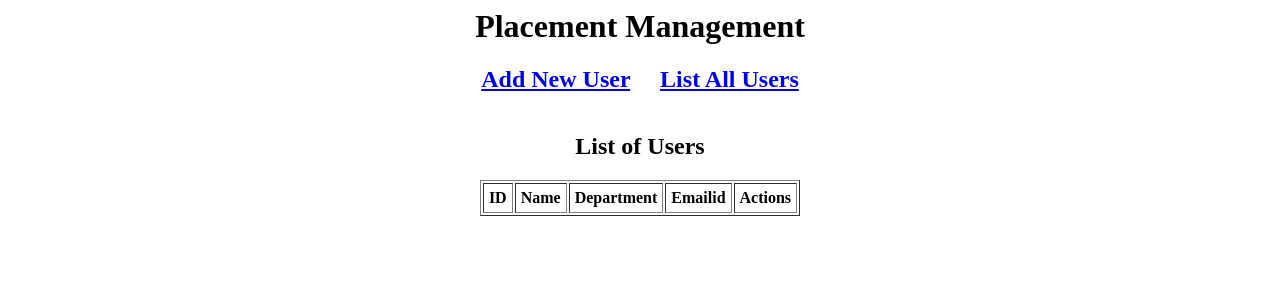
Repository: ashish086/javabascis
Page: http://localhost/placement/user-list.jsp
An editor plug-in stored every save of this project. The page is shown before and after the next save, followed by the edit.
The browser window is 1280 px wide. The pictures show the whole page.
The page is served by Tomcat 9. Other server files are loaded and not shown.

Above is the page before, as saved 2021-08-26 05:52:45.

### placement/WebContent/user-list.jsp

<%@ page language="java" contentType="text/html; charset=UTF-8"
    pageEncoding="UTF-8"%>
<%@ taglib uri="http://java.sun.com/jsp/jstl/core" prefix="c" %>
<html>
<head>
 <title>Placement Management Application</title>
</head>
<body>
 <center>
  <h1>Placement Management</h1>
        <h2>
         <a href="new">Add New User</a>
         &nbsp;&nbsp;&nbsp;
         <a href="list">List All Users</a>

        </h2>
 </center>
    <div align="center">
        <table border="1" cellpadding="5">
            <caption><h2>List of Users</h2></caption>
            <tr>
                <th>ID</th>
                <th>Name</th>
                <th>Department</th>
                <th>Emailid</th>
                <th>Actions</th>
            </tr>
            <c:forEach var="user" items="${listUser}">
                <tr>
                    <td><c:out value="${user.id}" /></td>
                    <td><c:out value="${user.name}" /></td>
                    <td><c:out value="${user.department}" /></td>
                    <td><c:out value="${user.emailid}" /></td>
                    <td>
                     <a href="edit?id=<c:out value='${user.id}' />">Edit</a>
                     &nbsp;&nbsp;&nbsp;&nbsp;
                     <a href="delete?id=<c:out value='${user.id}' />">Delete</a>
                    </td>
                </tr>
            </c:forEach>
        </table>
    </div>
</body>
</html>

After the next save:
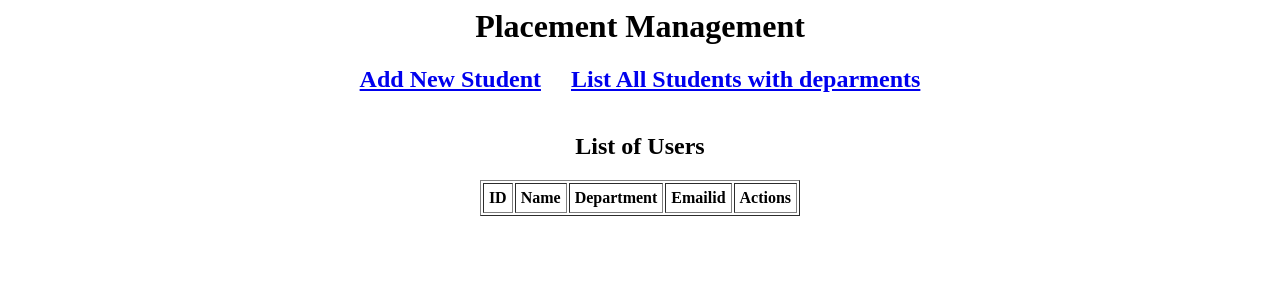
Saved 3 min 39 s later.
--- a/placement/WebContent/user-list.jsp
+++ b/placement/WebContent/user-list.jsp
@@ -10,9 +10,9 @@
  <center>
   <h1>Placement Management</h1>
         <h2>
-         <a href="new">Add New User</a>
+         <a href="new">Add New Student</a>
          &nbsp;&nbsp;&nbsp;
-         <a href="list">List All Users</a>
+         <a href="list">List All Students with deparments</a>
 
         </h2>
  </center>
